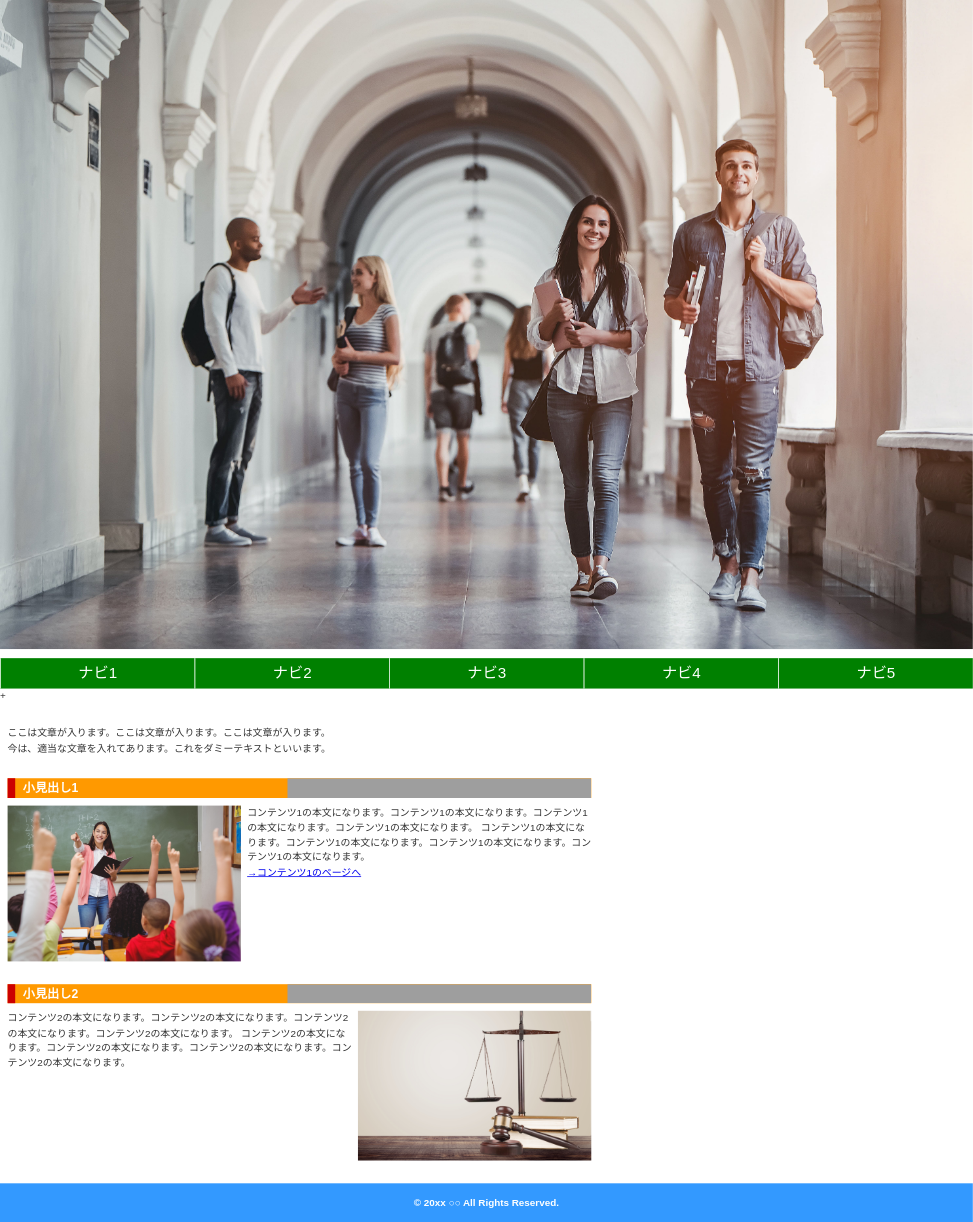
Repository: sug187/samurai_HTML-CSS
Page: html/home.html
The author's editor kept a record of every edit. The page is drawn from the files as they stood at one moment, then again after the next edit.
The browser window is 1280 px wide. The pictures show the whole page, at 76% of full size.
Pictures or frames that could not be fetched are drawn as grey boxes.

Above is the page before.

### html/home.html
<!DOCTYPE html>
<html lang="ja">
    <head>
        <meta charset="UTF-8">
        <title>HTML/CSSの学習</title>
        <link rel="stylesheet" href="stylesheet.css">
    </head>
    <body>
        <div id="header">
            <h1><a href="index.html"><img id="corridor" src="images/corridor.jpg" alt="大学の廊下" /></a></h1>
        </div>
        <div id="wrapper">
            <div id="nav">
                <ul>
                    <li><a href="home.html">ナビ1</a></li>
                    <li><a href="#">ナビ2</a></li>
                    <li><a href="#">ナビ3</a></li>
                    <li><a href="#">ナビ4</a></li>
                    <li><a href="#">ナビ5</a></li>
                </ul>
            </div>
            +            <div id="container">
                <div id="main">
                    <div class="post">
                        <p>ここは文章が入ります。ここは文章が入ります。ここは文章が入ります。<br />今は、適当な文章を入れてあります。これをダミーテキストといいます。</p>
                    </div>
                    <div class="post clearfix">
                        <h2>小見出し1</h2>
                        <img class="left" src="images/classroom.jpg" alt="授業風景" />
                        <p>
                            コンテンツ1の本文になります。コンテンツ1の本文になります。コンテンツ1の本文になります。コンテンツ1の本文になります。
                            コンテンツ1の本文になります。コンテンツ1の本文になります。コンテンツ1の本文になります。コンテンツ1の本文になります。
                        </p>
                        <p><a href="#">→コンテンツ1のページへ</a></p>
                    </div>
                    <div class="post clearfix">
                        <h2>小見出し2</h2>
                        <img class="right" src="images/scale.jpg" alt="天秤" />
                        <p>
                            コンテンツ2の本文になります。コンテンツ2の本文になります。コンテンツ2の本文になります。コンテンツ2の本文になります。
                            コンテンツ2の本文になります。コンテンツ2の本文になります。コンテンツ2の本文になります。コンテンツ2の本文になります。
                        </p>
                    </div>
                </div>
            </div>
        </div>
        <div id="footer">
            <p>&copy; 20xx ○○ All Rights Reserved.</p>
        </div>
    </body>
</html>

### html/stylesheet.css
@charset "utf-8";

body {
	margin: 0;
	padding: 0;
	font-family: "ヒラギノ角ゴ Pro W3", "Hiragino Kaku Gothic Pro", "メイリオ", Meiryo, Osaka, "ＭＳ Ｐゴシック", "MS PGothic", sans-serif;
	color: #333;
	font-size: 13px;
	line-height: 150%;
}

/* -------------------- wrapper -------------------- */
#wrapper {
    width: 100%;
    margin: auto;
    padding: 0px;
    border: 0px;
    background-color: #FFF;
    top: 10px;
    position: relative;
}

/* -------------------- header -------------------- */
#header {
    width: 100%;
}
#header h1 {
    margin: 0;
    padding: 0;
}

#corridor {
    width: 100%;
    height: auto;
}

/* -------------------- footer -------------------- */
#footer {
    clear: both;
    width: 100%;
    padding: 3px 0 3px 0;
    background: #39F;
    color: #FFF;
    font-weight: bold;
    text-align: center;
}

/* -------------------- nav -------------------- */
#nav {
	width: 100%;
}
#nav ul {
	margin: 0;
	padding: 0;
	list-style-type: none;
}
#nav ul li {
	float: left;
	width: 20%;
	text-align: center;
}
#nav ul li a {
	display: block;
	height: 20px;
	margin: 0;
	padding: 10px;
	color: #FFF;
	font-size: 20px;
	text-decoration: none;
	background-color: green;
    border-left: 1px solid white;
}

/* -------------------- container -------------------- */
#container {
	width: 100%;
	margin: auto ;
	padding: auto;
	padding-top: 20px;
	clear: both;
}
/* -------------------- main -------------------- */
#main {
    float: left;
	width: 60%;
	padding: 10px 30px 10px 10px;
}
#main h2 {
	margin: 0 0 10px 0;
	padding: 3px 10px 3px 10px;
	color: #FFF;
	font-size: 16px;
	border-left: solid 10px #C00;
	background: #F90 url(../images/main_h2.jpg) right top repeat-y;
}
#main p {
	margin: 0;
	padding: 0;
}
#main .post {
	margin: 0 0 30px 0;
}

#main .post img.right {
	margin: 0 0 0 8px;
}
#main .post img.left {
	margin: 0 8px 0 0;
}

.right {
	float: right;
	width: 40%;
	height: auto;
}
.left {
	float: left;
	width: 40%;
	height: auto;
}

/* -------------------- clearfix -------------------- */
.clearfix {
	zoom: 1;
}
.clearfix:after{
	content: "";
	display: block;
	clear: both;
}

/* -------------------- side -------------------- */
#side {
	float: right;
	width: 30%;
	padding: 20px;
	background-color: #F99;
}
#side .box {
	margin: 0 auto 30px auto;
	padding: 0 0 20px 0;
	background: url(images/side_box.png) bottom no-repeat;
}
#side .box h2 {
	margin: 0;
	padding: 8px;
	text-align: center;
	color: #fff;
	font-size: 16px;
	line-height: 16px;
	font-weight: normal;
	background: url(images/side_box_h2.png) center no-repeat;
}
#side .box .boxBody {
	padding: 8px;
	border-right: solid 1px #C36;
	border-bottom: solid 1px #C36;
	border-left: solid 1px #C36;
	background: #fff;
}
#side .box .boxBody ul {
	margin: 0 0 16px 0;
	padding: 0;
}
#side .box .boxBody ul li {
	padding: 8px 0 8px 4px;
	list-style: none;
	border-bottom: solid 1px #C36;
}

After the next edit:
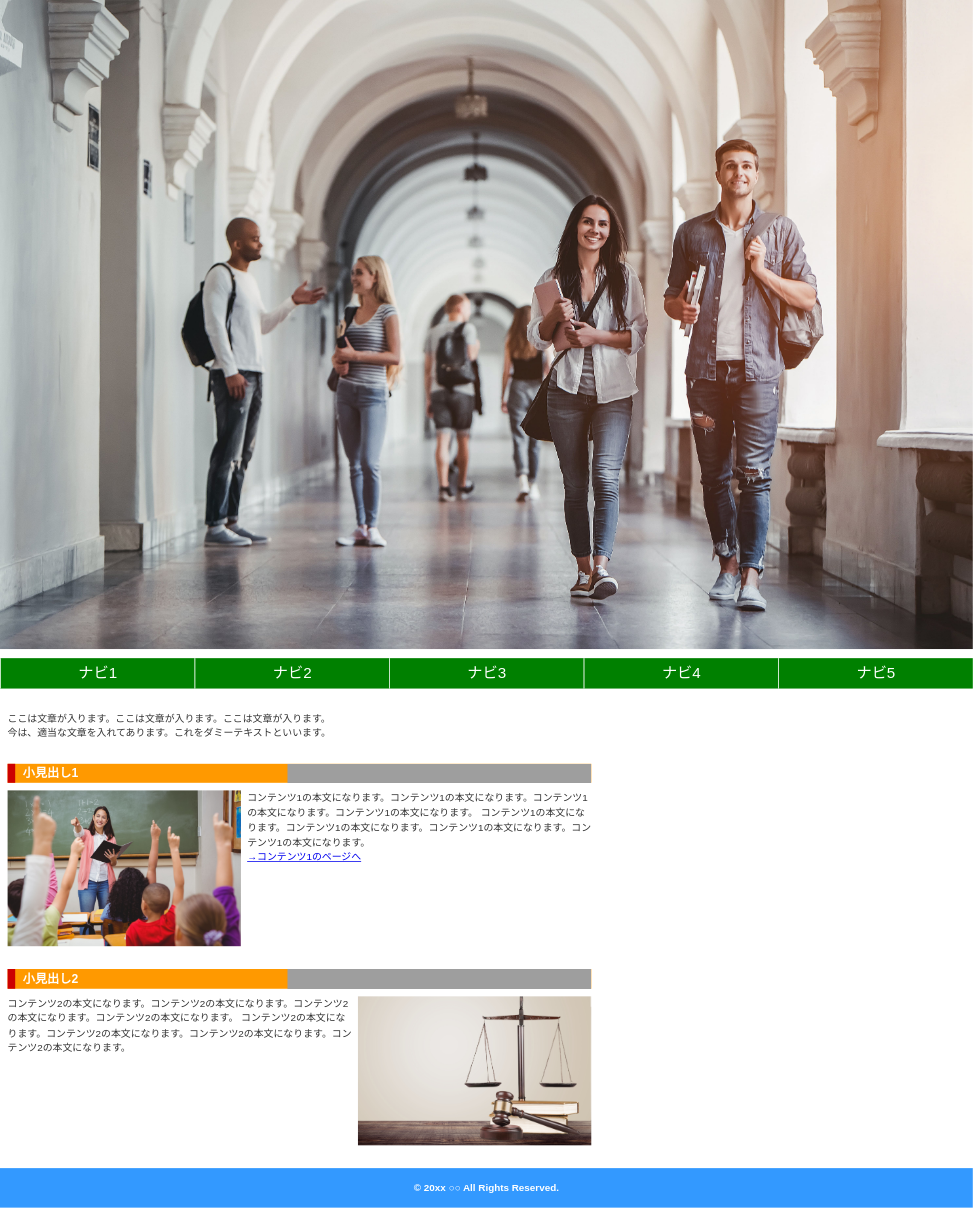
The edit:
--- a/html/home.html
+++ b/html/home.html
@@ -19,7 +19,7 @@
                     <li><a href="#">ナビ5</a></li>
                 </ul>
             </div>
-            +            <div id="container">
+                <div id="container">
                 <div id="main">
                     <div class="post">
                         <p>ここは文章が入ります。ここは文章が入ります。ここは文章が入ります。<br />今は、適当な文章を入れてあります。これをダミーテキストといいます。</p>
